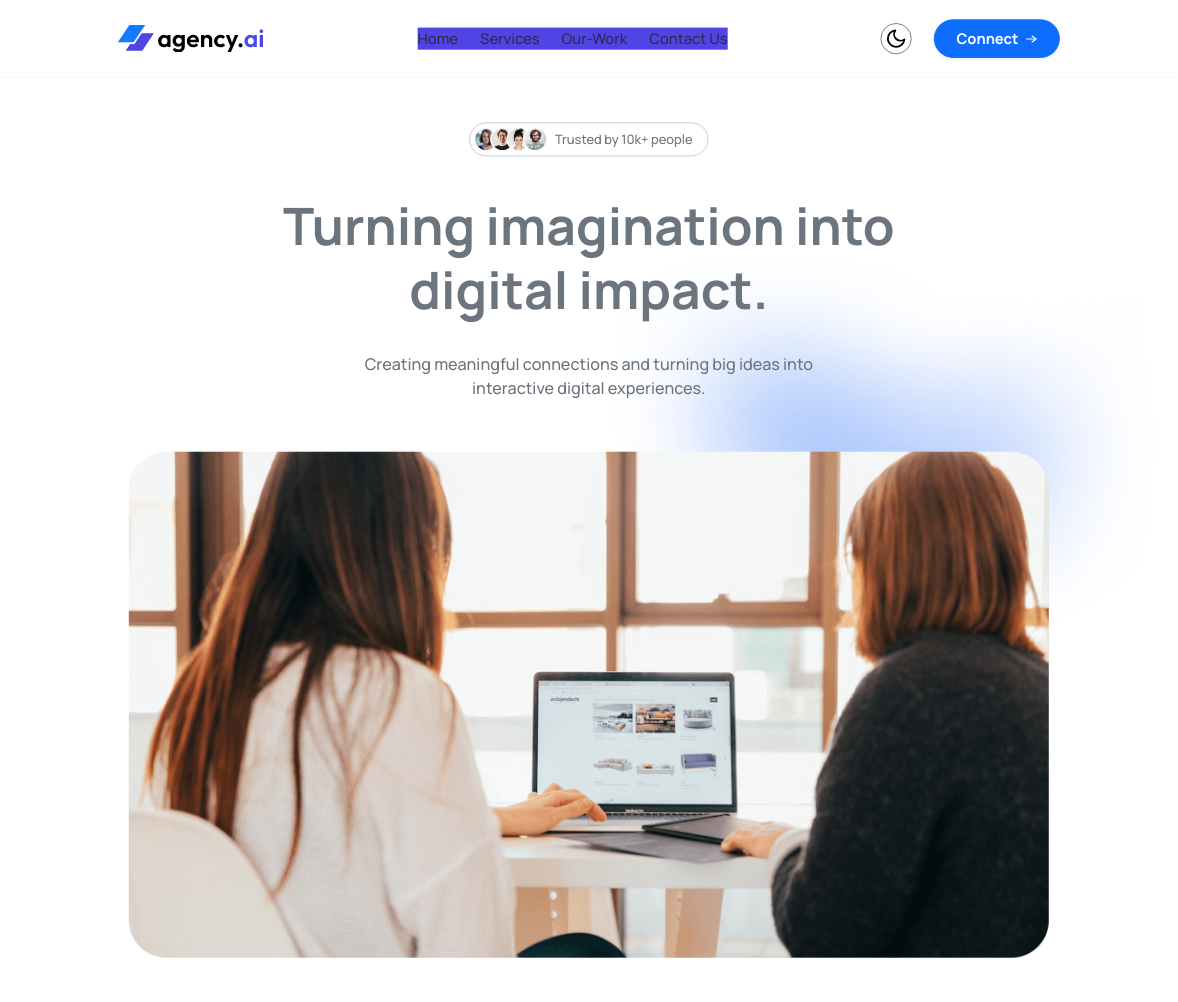
Repository: RAMADAN975/modern-agency-portfolio
Page: /
An editor plug-in stored every save of this project. The page is shown before and after the next save, followed by the edit.
The browser window is 1280 px wide. The pictures show the whole page, at 92% of full size.
The project was rebuilt for these pictures with package versions that can differ from the ones it lists, and the page was loaded fresh each time. Also part of the build but not shown: vite.config.js.

Above is the page before, as saved 2026-03-23 21:28:01.

### index.html
<!doctype html>
<html lang="en">

<head>
  <meta charset="UTF-8" />
  <link rel="icon" type="image/svg+xml" href="/favicon.svg" />
  <meta name="viewport" content="width=device-width, initial-scale=1.0" />
  <title>Agency.AI - GreatStack</title>
</head>

<body>
  <div id="root"></div>
  <script type="module" src="/src/main.jsx"></script>
</body>

</html>

### src/main.jsx
import { StrictMode } from 'react'
import { createRoot } from 'react-dom/client'
import 'bootstrap/dist/css/bootstrap.min.css';
import './index.css'
import App from './App.jsx'

createRoot(document.getElementById('root')).render(
  <StrictMode>
    <App />
  </StrictMode>,
)

### src/index.css
/* 1. الخطوط والأساسيات */
@import url('https://fonts.googleapis.com/css2?family=Josefin+Sans:wght@400;600&family=Manrope:wght@400;500;700&display=swap');

* {
  font-family: "Manrope", sans-serif;
  transition: background-color 0.3s ease, color 0.3s ease;
}

/* 2. تنسيق الـ Navbar العام */
.nav-container {
  padding-left: 5%;
  padding-right: 5%;
  height: 85px;
}

.blur-nav {
  backdrop-filter: blur(15px);
  -webkit-backdrop-filter: blur(15px);
  border-bottom: 1px solid rgba(150, 150, 150, 0.1);
}

/* ألوان الخلفية حسب الثيم (بوتستراب 5.3) */
[data-bs-theme="light"] .blur-nav {
  background-color: rgba(255, 255, 255, 0.85);
}

[data-bs-theme="dark"] .blur-nav {
  background-color: rgba(17, 24, 39, 0.85);
}

/* 3. اللوجو والروابط */
.logo-img {
  width: 8.5rem;
}

@media (min-width: 576px) {
  .logo-img {
    width: 10rem;
  }

  .nav-container {
    padding-left: 10%;
    padding-right: 10%;
  }
}

.nav-link-custom {
  font-weight: 500;
  opacity: 0.8;
  transition: 0.2s;
}

.nav-link-custom:hover {
  opacity: 1;
  color: #5044E5 !important;
}

/* 4. القائمة الجانبية للموبايل (Mobile Sidebar) */
@media (max-width: 575.98px) {
  .mobile-sidebar {
    position: fixed;
    top: 0;
    bottom: 0;
    right: 0;
    height: 100vh;
    z-index: 1050;
    background-color: #5044E5;
    /* لون الـ Primary */
    color: white !important;
    transition: width 0.4s cubic-bezier(0.4, 0, 0.2, 1);
    display: flex;
    flex-direction: column;
    padding-top: 6rem;
  }

  .sidebar-closed {
    width: 0;
    overflow: hidden;
    opacity: 0;
  }

  .sidebar-open {
    width: 260px;
    padding-left: 2.5rem;
    opacity: 1;
  }

  .mobile-sidebar a {
    color: white !important;
    font-size: 1.2rem;
  }
}

### src/App.jsx
import React, { useState } from 'react'
import Navbar from './Components/navbar'
import Hero from './Components/Hero'

const App = () => {

  const [theme, setTheme] = useState(localStorage.getItem('theme') ? localStorage.getItem('theme') : 'light')

  return (
    <div className='dark:bg-black relative'>
      <Navbar theme={theme} setTheme={setTheme} />
      <Hero />
    </div>
  )
}

export default App

### src/Components/navbar.jsx
import { useState } from 'react'
import assets from '../assets/assets'
import ThemeToggleBtn from './ThemeToggleBtn'

const Navbar = ({ theme, setTheme }) => {
    const [sidebarOpen, setSidebarOpen] = useState(false)

    return (
        <nav className="d-flex justify-content-between align-items-center w-100 sticky-top z-3 blur-nav nav-container">

            {/* اللوجو */}
            <img
                src={theme === 'dark' ? assets.logo_dark : assets.logo}
                className="logo-img"
                alt="Logo"
            />

            {/* القائمة (الروابط) - تتحول لـ Sidebar في الموبايل */}
            <div className={`d-flex flex-column flex-sm-row gap-3 gap-sm-4 align-items-sm-center mobile-sidebar ${!sidebarOpen ? 'sidebar-closed' : 'sidebar-open'}`}>

                {/* زر الإغلاق في الموبايل فقط */}
                <img
                    src={assets.close_icon}
                    alt="close"
                    className="d-sm-none position-absolute"
                    style={{ width: '20px', right: '20px', top: '20px', cursor: 'pointer' }}
                    onClick={() => setSidebarOpen(false)}
                />

                <a onClick={() => setSidebarOpen(false)} href="#" className="text-decoration-none text-reset nav-link-custom">Home</a>
                <a onClick={() => setSidebarOpen(false)} href="#services" className="text-decoration-none text-reset nav-link-custom">Services</a>
                <a onClick={() => setSidebarOpen(false)} href="#our-work" className="text-decoration-none text-reset nav-link-custom">Our-Work</a>
                <a onClick={() => setSidebarOpen(false)} href="#contact-us" className="text-decoration-none text-reset nav-link-custom">Contact Us</a>
            </div>

            {/* الأزرار اليمنى (Toggle + Connect) */}
            <div className="d-flex align-items-center gap-2 gap-sm-4">
                <ThemeToggleBtn theme={theme} setTheme={setTheme} />

                {/* أيقونة المنيو للموبايل */}
                <img
                    src={theme === 'dark' ? assets.menu_icon_dark : assets.menu_icon}
                    alt="menu"
                    onClick={() => setSidebarOpen(true)}
                    className="d-sm-none"
                    style={{ width: '30px', cursor: 'pointer' }}
                />

                <a href="#contact-us" className="btn btn-primary rounded-pill d-none d-sm-flex align-items-center gap-2 px-4 py-2 shadow-sm fw-bold">
                    Connect <img src={assets.arrow_icon} width={12} alt="" />
                </a>
            </div>
        </nav>
    )
}

export default Navbar

### src/Components/Hero.jsx
import React from 'react'
import assets from '../assets/assets'

const Hero = () => {
    return (
        // تم استخدام d-flex flex-column للترتيب، و py-5 للمسافات
        <div id='hero' className="d-flex flex-column align-items-center gap-4 py-5 px-3 text-center w-100 overflow-hidden text-secondary">

            {/* الشارة العليا - Trusted Badge */}
            <div className="d-inline-flex align-items-center gap-2 border border-secondary-subtle p-1 pe-3 rounded-pill bg-body">
                <img style={{ width: '80px' }} src={assets.group_profile} alt="" />
                <p className="mb-0 small fw-medium">Trusted by 10k+ people</p>
            </div>

            {/* العنوان الرئيسي - Heading */}
            <h1 className="display-4 fw-bold lh-sm mt-3" style={{ maxWidth: '800px' }}>
                Turning imagination into <br />
                <span className="text-gradient">digital</span> impact.
            </h1>

            {/* الوصف - Description */}
            <p className="text-secondary fw-medium mx-auto pb-3" style={{ maxWidth: '500px', fontSize: '1.1rem' }}>
                Creating meaningful connections and turning big ideas into interactive digital experiences.
            </p>

            {/* منطقة الصور - Image Section */}
            <div className="position-relative w-100 d-flex justify-content-center">
                {/* الصورة الأساسية */}
                <img src={assets.hero_img} alt="Hero" className="img-fluid position-relative z-1" style={{ maxWidth: '1000px' }} />

                {/* الصورة الزرقاء (الخلفية) - تم استخدام اختصارات الموضع */}
                <img
                    src={assets.bgImage1}
                    alt=""
                    className="position-absolute top-0 end-0 translate-middle-y z-n1 d-none d-md-block"
                    style={{ width: '50%', opacity: 0.6, right: '-10%', pointerEvents: 'none' }}
                />
            </div>

        </div>
    )
}

export default Hero

### src/assets/assets.js
import logo from './logo.svg'
import arrow_icon from './arrow_icon.svg'
import group_profile from './group_profile.png'
import bgImage1 from './bgImage1.png'
import bgImage2 from './bgImage2.png'
import hero_img from './hero_img.png'
import microsoft_logo from './microsoft_logo.png'
import zoom_logo from './zoom_logo.png'
import rakuten_logo from './rakuten_logo.png'
import coinbase_logo from './coinbase_logo.png'
import ads_icon from './ads_icon.svg'
import content_icon from './content_icon.svg'
import marketing_icon from './marketing_icon.svg'
import social_icon from './social_icon.svg'
import menu_icon from './menu_icon.svg'
import close_icon from './close_icon.svg'
import work_mobile_app from './work_mobile_app.png'
import work_fitness_app from './work_fitness_app.png'
import work_dashboard_management from './work_dashboard_management.png'
import email_icon from './email_icon.svg'
import person_icon from './person_icon.svg'
import facebook_icon from './facebook_icon.svg'
import twitter_icon from './twitter_icon.svg'
import instagram_icon from './instagram_icon.svg'
import linkedin_icon from './linkedin_icon.svg'
import logo_dark from './logo_dark.svg'
import airbnb_logo from './airbnb_logo.svg'
import google_logo from './google_logo.svg'
import menu_icon_dark from './menu_icon_dark.svg'
import sun_icon from './sun_icon.svg'
import moon_icon from './moon_icon.svg'


export const company_logos = [
  microsoft_logo,
  zoom_logo,
  rakuten_logo,
  coinbase_logo,
  airbnb_logo,
  google_logo,
]

const assets = {
  logo,
  arrow_icon,
  group_profile,
  bgImage1,
  bgImage2,
  hero_img,
  ads_icon,
  content_icon,
  marketing_icon,
  social_icon,
  menu_icon,
  close_icon,
  work_mobile_app,
  work_fitness_app,
  work_dashboard_management,
  email_icon,
  person_icon,
  facebook_icon,
  twitter_icon,
  instagram_icon,
  linkedin_icon,
  logo_dark,
  menu_icon_dark,
  sun_icon,
  moon_icon
}

export default assets

export const teamData = [
  { name: 'Haley Carter', title: 'CEO & founder', image: 'https://images.unsplash.com/photo-1633332755192-727a05c4013d?q=80&w=200' },
  { name: 'James Walker', title: 'Ads manager', image: 'https://images.unsplash.com/photo-1535713875002-d1d0cf377fde?q=80&w=200' },
  { name: 'Jessica Morgan', title: 'Vice president', image: 'https://images.unsplash.com/photo-1438761681033-6461ffad8d80?q=80&w=200&h=200&auto=format&fit=crop' },
  { name: 'Ashley Bennett', title: 'Marketing & sales', image: 'https://randomuser.me/api/portraits/women/10.jpg' },
  { name: 'Emily Parker', title: 'Content marketer', image: 'https://randomuser.me/api/portraits/women/11.jpg' },
  { name: 'Ryan Mitchell', title: 'Content writer', image: 'https://randomuser.me/api/portraits/men/9.jpg' },
  { name: 'Megan Brooks', title: 'Performance manager', image: 'https://randomuser.me/api/portraits/women/12.jpg' },
  { name: 'Amber Foster', title: 'Senior writer', image: 'https://randomuser.me/api/portraits/women/14.jpg' },
]

### src/Components/ThemeToggleBtn.jsx
import { useEffect } from 'react'
import assets from '../assets/assets'

const ThemeToggleBtn = ({ theme, setTheme }) => {

    useEffect(() => {
        // التحقق من التفضيل المحفوظ أو تفضيل النظام
        const savedTheme = localStorage.getItem('theme');
        const prefersDarkMode = window.matchMedia('(prefers-color-scheme: dark)').matches;

        const initialTheme = savedTheme || (prefersDarkMode ? 'dark' : 'light');
        setTheme(initialTheme);
    }, []);

    useEffect(() => {
        if (theme) {
            // بوتستراب v5.3 يعتمد على سمة data-bs-theme بدلاً من كلاس dark
            document.documentElement.setAttribute('data-bs-theme', theme);

            // للحفاظ على التوافق مع أي تنسيقات قديمة تعتمد على الكلاس
            if (theme === 'dark') {
                document.documentElement.classList.add('dark');
            } else {
                document.documentElement.classList.remove('dark');
            }

            localStorage.setItem('theme', theme);
        }
    }, [theme]);

    return (
        <button className="btn p-0 border-0 shadow-none" type="button">
            {theme === 'dark' ? (
                <img
                    onClick={() => setTheme('light')}
                    src={assets.sun_icon}
                    className="border border-secondary rounded-circle p-1"
                    style={{ width: '34px', height: '34px', objectFit: 'contain' }}
                    alt="Light Mode"
                />
            ) : (
                <img
                    onClick={() => setTheme('dark')}
                    src={assets.moon_icon}
                    className="border border-secondary rounded-circle p-1"
                    style={{ width: '34px', height: '34px', objectFit: 'contain' }}
                    alt="Dark Mode"
                />
            )}
        </button>
    )
}

export default ThemeToggleBtn;

After the next save:
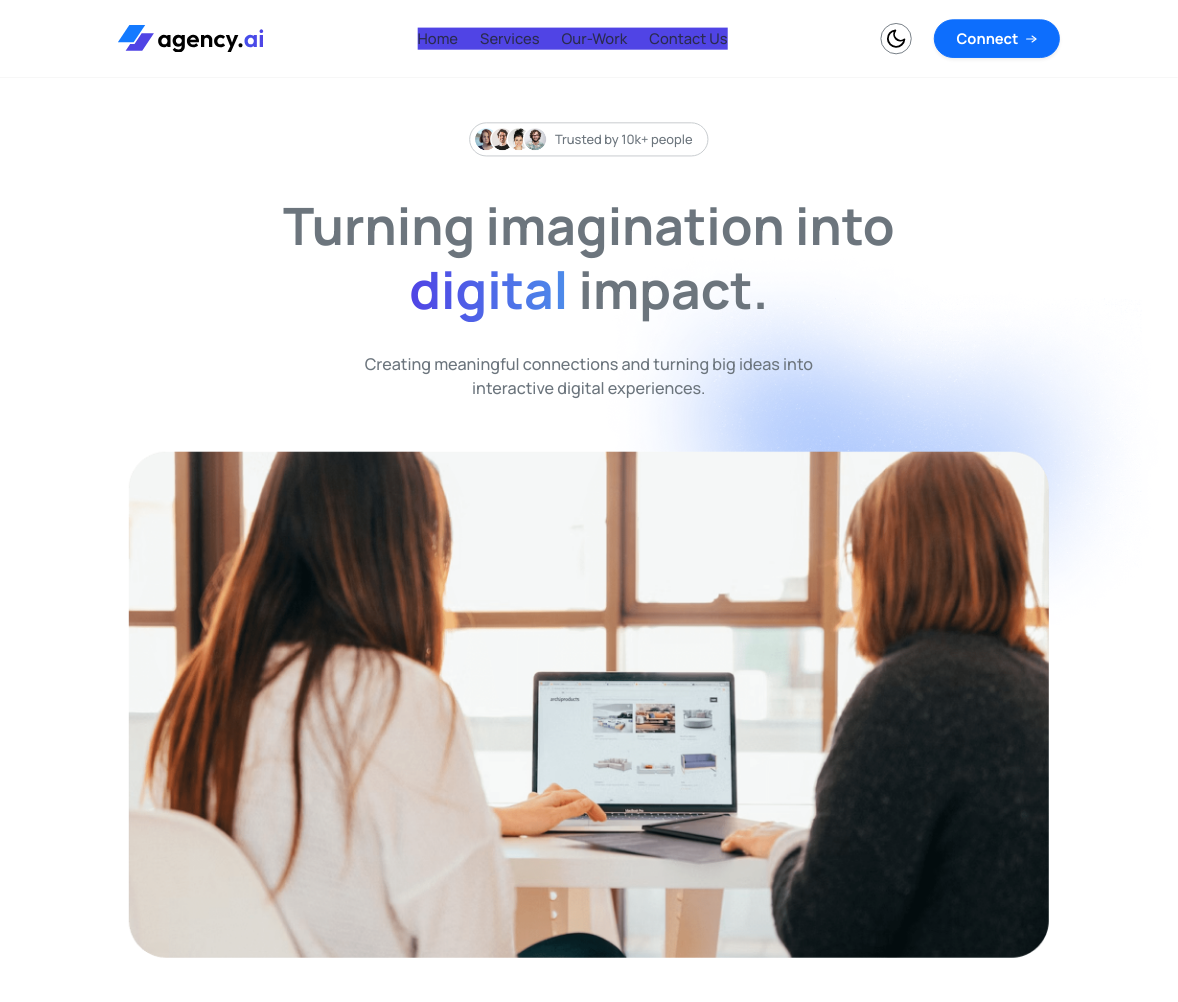
Saved 90 s later.
--- a/src/index.css
+++ b/src/index.css
@@ -90,3 +90,17 @@
     font-size: 1.2rem;
   }
 }
+
+/* هذا الكلاس هو المسؤول عن تلوين الكلمة */
+.text-gradient {
+  /* التدرج اللوني من البنفسجي/الأزرق إلى الأزرق الفاتح */
+  background: linear-gradient(to right, #5044E5, #4d8cea);
+
+  /* هذه الأسطر هي التي تجعل اللون يظهر "داخل" الحروف فقط */
+  -webkit-background-clip: text;
+  -webkit-text-fill-color: transparent;
+  background-clip: text;
+
+  display: inline-block;
+  /* لضمان عمل التدرج بشكل صحيح */
+}
